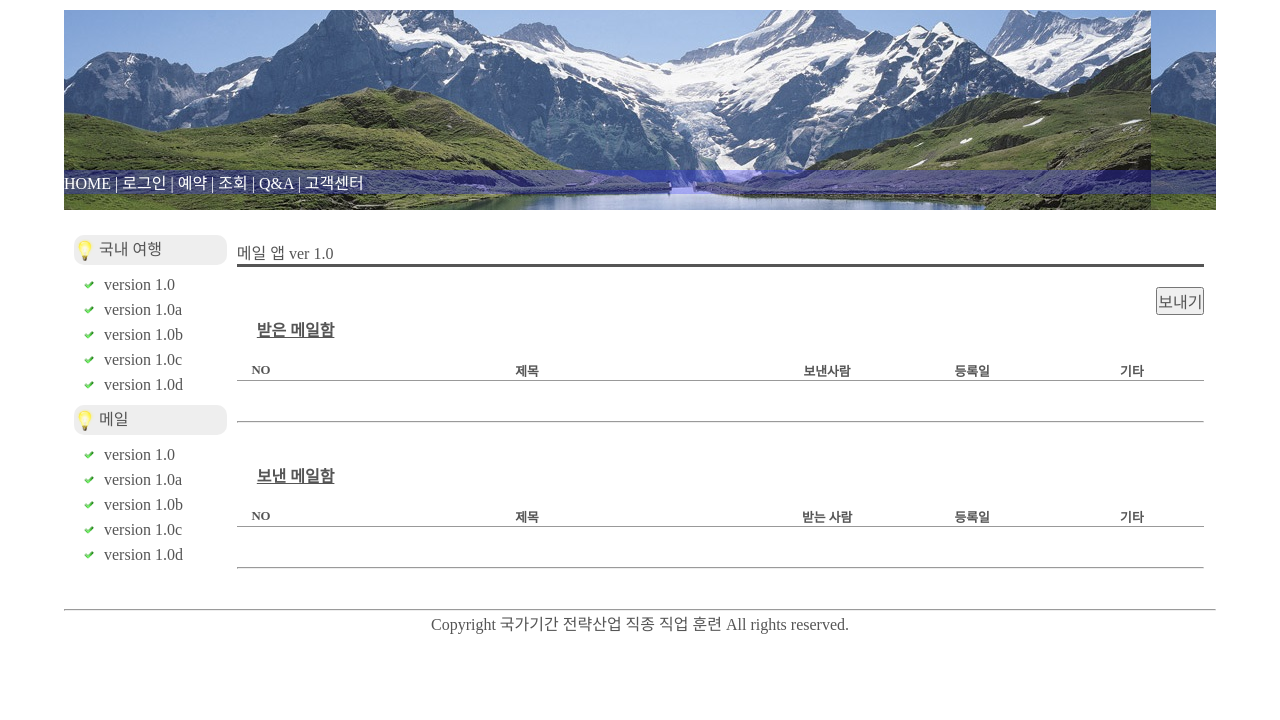
Repository: jangky000/ai_web
Page: http://localhost/blog_v2jc/mail_app/list.jsp
The author's editor kept a copy of each file at every save. The page is drawn from the files as they stood at one save, then again after the next save.
The browser window is 1280 px wide. The pictures show the whole page.
The page is served by Tomcat 9. Queries for data that is not in the repository find no rows.

Above is the page before, as saved 2020-03-27 06:51:30.

After the next save:
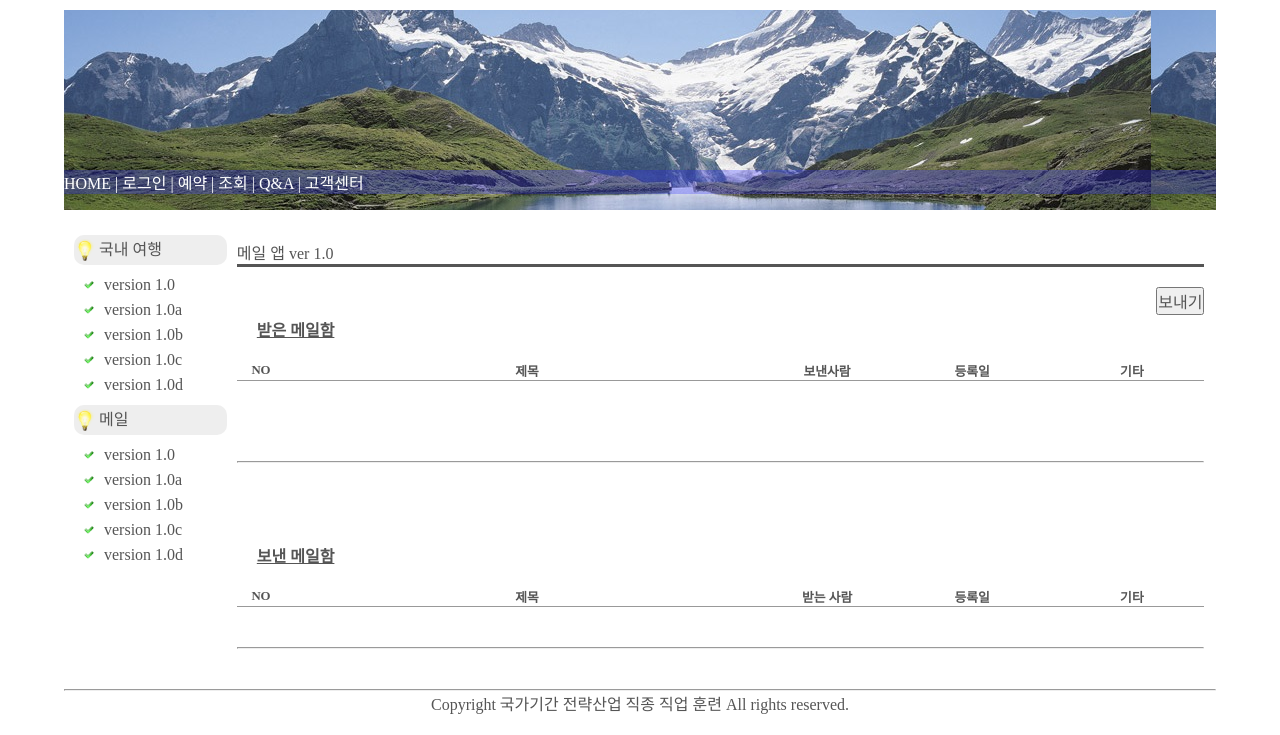
Saved 20 s later.
--- a/ws__frame/blog_v2jc/WebContent/mail_app/list.jsp
+++ b/ws__frame/blog_v2jc/WebContent/mail_app/list.jsp
@@ -113,7 +113,7 @@ String password = "1234";
     </tbody>
   </table>
 
-  <hr style="margin: 40px 0;">
+  <hr style="margin: 80px 0;">
 
   <table class="table_basic">
     <caption style="text-align: left; margin: 0 0 20px 20px; text-decoration: underline;"><h2>보낸 메일함</h2></caption>
